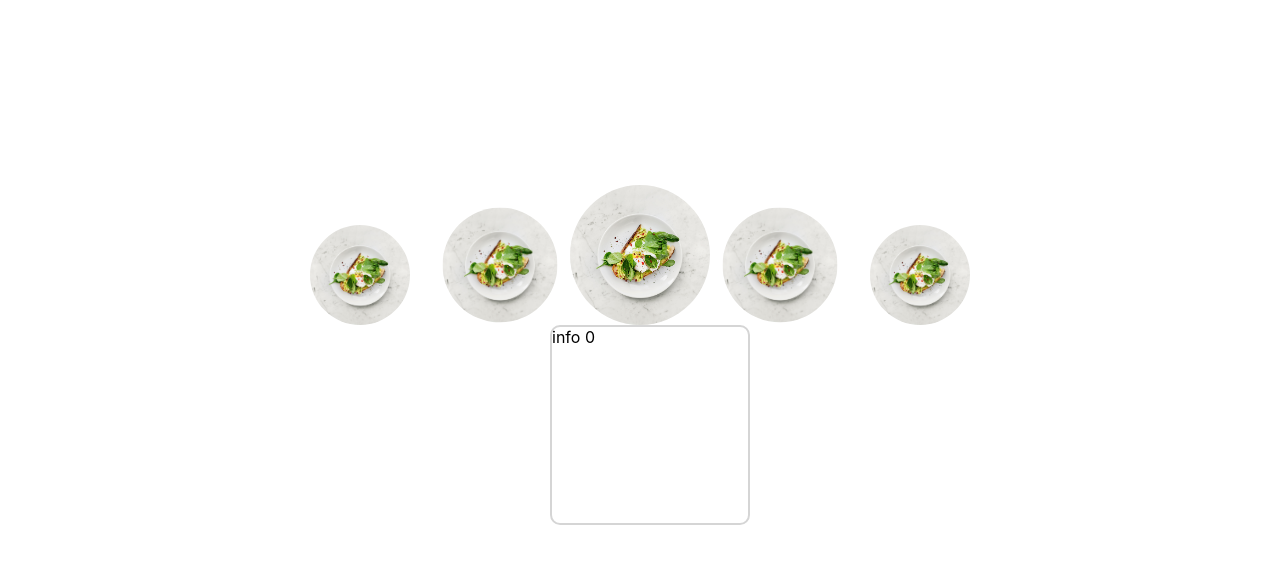
Repository: nambui98/slider
Page: /
These files come from the project's save history. The page is drawn as it stood at one moment and after the next save; the edit follows.
The browser window is 1280 px wide. The pictures show the whole page.
The project was rebuilt for these pictures with package versions that can differ from the ones it lists, and the page was loaded fresh each time. Also part of the build but not shown: vite.config.ts.

Above is the page before, as saved 2022-04-12 11:13:19.

### src/App.tsx
import { useState } from 'react'
import Horizolsider from './components/horizolslider/Horizolsider'
import logo from './logo.svg'
import './App.css'
import "slick-carousel/slick/slick.css";
import "slick-carousel/slick/slick-theme.css";
function App() {
  const [count, setCount] = useState(0)

  return (
    <div className="App">
      <Horizolsider />
    </div>
  )
}

export default App

### src/components/horizolslider/Horizolsider.tsx
import React, { useEffect, useRef, useState } from 'react'
import styled from 'styled-components'
import Slider from "react-slick";
import image1 from '../../assets/images/pexels-daria-shevtsova-1095550.jpg'

type Props = {}

const Wrapper = styled.div`
    width: 700px;

`
const Item = styled.div`
    /* height: 150px; */
    margin-top: 50px;
    transition: all .3s;
    position: relative;
    img{
        object-fit: cover;
        margin: 0 auto;
        /* width: 100px;
        height: 100px; */
        width: 100px;
        height: 100px;
        border-radius: 50%;
        transition: all .3s;
    }
    /* .info{
        position: absolute;
    } */
    &.active{
        /* width: 150px;
        height: 100px; */
        /* height: 200px; */
        margin-top: 30px;
        img{

            /* width: 100%; */
            transform: scale(1.4)
        }
        .info{
            visibility: visible;
            transform: translateY(0px);
        }
    }
    &.near{
        /* width: 150px;
        height: 100px; */
        /* height: 200px; */
        margin-top: 40px;
        img{

            /* width: 100%; */
            transform: scale(1.15)
        }


    }
`
const Horizolsider = (props: Props) => {
    const [activeIndex, setActiveIndex] = useState<number>(0);
    const settings = {
        className: "listItem",
        dots: false,
        infinite: true,
        speed: 500,
        slidesToShow: 5,
        slidesToScroll: 1,
        centerMode: true,
        focusOnSelect: true,
        centerPadding: '0px',
        // adaptiveHeight: true,
        beforeChange: (current: any, next: any) => {
            setActiveIndex(next)

        },
    };

    return (
        <div style={{ display: "flex", height: "100vh", flexDirection: "column", justifyContent: "center", alignItems: "center" }}>
            <Wrapper>
                <Slider {...settings}>
                    {
                        [...Array(10).keys()].map((i, index) =>
                            <Item className={`${index === activeIndex ? "active" : (activeIndex - index) === 1 || (index - activeIndex) === 1 || (index - activeIndex) === 9 || (index - activeIndex) === -9 ? "near" : ""}`}>
                                <img src={image1} alt="" />

                                <div className={`info ${activeIndex === index && "active"}`}>info {activeIndex}
                                </div>
                            </Item>
                        )
                    }
                </Slider>
            </Wrapper>
        </div>
    )
}
export default Horizolsider

### src/App.css
*{
  padding: 0;
  margin: 0;
  box-sizing: border-box;
}
.info{
  width: 200px;
  border: 2px solid #d5d5d5;
  border-radius: 10px;
  height: 200px;
  transition: transform 1000s;
  visibility: hidden;
  margin-top: 20px;
  margin-left: -20px;
  /* transform: translateY(20px); */

}
.info.active{
  visibility: visible;

}

Loaded but not shown: index.html (common file); src/main.tsx (common file); src/index.css (common file)

After the next save:
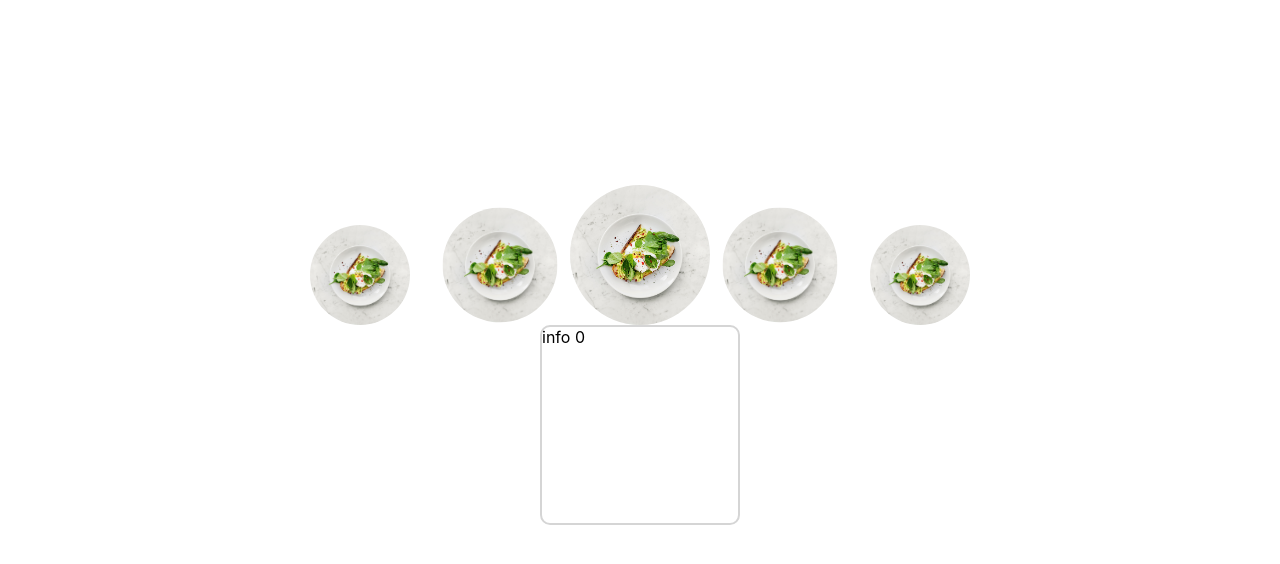
Saved 6 s later.
--- a/src/App.css
+++ b/src/App.css
@@ -11,7 +11,7 @@
   transition: transform 1000s;
   visibility: hidden;
   margin-top: 20px;
-  margin-left: -20px;
+  margin-left: -30px;
   /* transform: translateY(20px); */
 
 }
